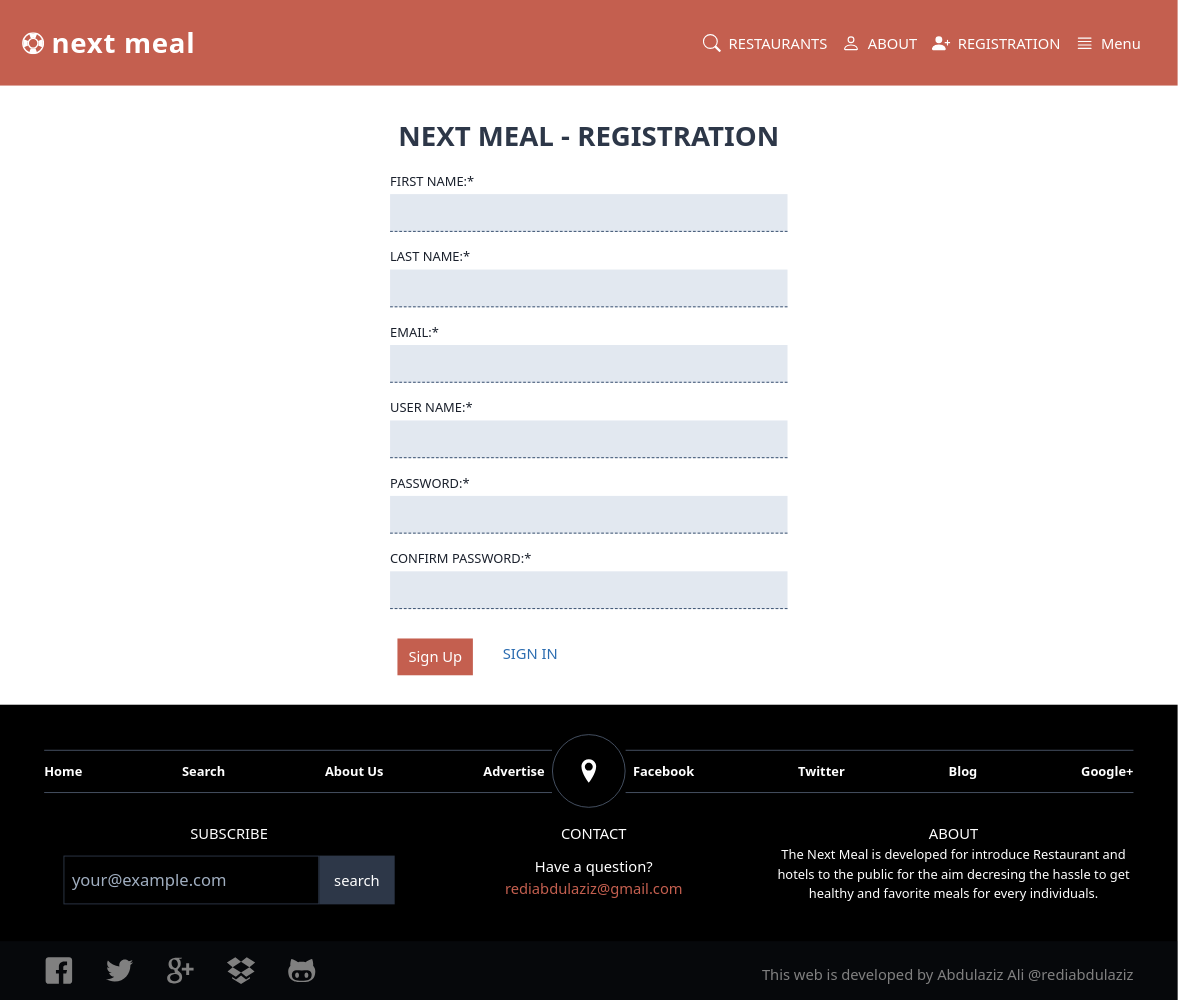
Repository: layzrd/nextmeal
Page: public/registration.html
The author's editor kept a copy of each file at every save. The page is drawn from the files as they stood at one save, then again after a run of saves.
The browser window is 1280 px wide. The pictures show the whole page, at 92% of full size.
Some web libraries are served in a nearby version.

Above is the page before, as saved 2020-06-26 18:36:16.

### public/registration.html
<!DOCTYPE html>
<html lang="en">

  <head>
    <meta charset="UTF-8">
    <meta name="viewport" content="width=device-width, initial-scale=1.0">
    <link href="https://cdnjs.cloudflare.com/ajax/libs/tailwindcss/1.4.6/tailwind.min.css" rel="stylesheet">
    <link rel="stylesheet" href="css/main.css">
    <title>Next Meal</title>
  </head>
  <body class="">
    <header class="bg-prime">
      <nav class="flex items-center justify-center md:justify-start lg:justify-between flex-wrap p-6">
        <div class="flex items-center flex-shrink-0 text-white mr-6">
          <svg class="h-6 w-6 mr-2" viewBox="0 0 16 16" fill="currentColor" xmlns="http://www.w3.org/2000/svg">
            <path fill-rule="evenodd" d="M8 15A7 7 0 1 0 8 1a7 7 0 0 0 0 14zm0 1A8 8 0 1 0 8 0a8 8 0 0 0 0 16z" />
            <path fill-rule="evenodd" d="M8 11a3 3 0 1 0 0-6 3 3 0 0 0 0 6zm0 1a4 4 0 1 0 0-8 4 4 0 0 0 0 8z" />
            <path
              d="M11.642 6.343L15 5v6l-3.358-1.343A3.99 3.99 0 0 0 12 8a3.99 3.99 0 0 0-.358-1.657zM9.657 4.358L11 1H5l1.343 3.358A3.985 3.985 0 0 1 8 4c.59 0 1.152.128 1.657.358zM4.358 6.343L1 5v6l3.358-1.343A3.985 3.985 0 0 1 4 8c0-.59.128-1.152.358-1.657zm1.985 5.299L5 15h6l-1.343-3.358A3.984 3.984 0 0 1 8 12a3.99 3.99 0 0 1-1.657-.358z" />
          </svg>
          <span class="font-semibold text-3xl lowercase tracking-wide">Next Meal</span>
        </div>

        <div
          class="w-full md:w-auto lg:ml-auto flex justify-center flex-grow lg:flex-grow-0 lg:flex md:items-center lg:w-auto">
          <div class="text-base text-white flex lg:flex-grow w-100 lg:w-auto justify-between px-1/6 lg:px-0">
            <a href="index.html" class="mt-4 md:mt-0 mr-4 text-white flex items-center">
              <svg class="rounded h-5 w-5" viewBox="0 0 16 16" fill="currentColor" xmlns="http://www.w3.org/2000/svg">
                <path fill-rule="evenodd"
                  d="M10.442 10.442a1 1 0 0 1 1.415 0l3.85 3.85a1 1 0 0 1-1.414 1.415l-3.85-3.85a1 1 0 0 1 0-1.415z" />
                <path fill-rule="evenodd"
                  d="M6.5 12a5.5 5.5 0 1 0 0-11 5.5 5.5 0 0 0 0 11zM13 6.5a6.5 6.5 0 1 1-13 0 6.5 6.5 0 0 1 13 0z" />
              </svg>
              <span class="ml-2 hidden lg:inline uppercase">Restaurants</span>
            </a>
            <a href="contact.html" class="mt-4 md:mt-0 mr-4 text-white flex items-center">
              <svg class="rounded h-5 w-5" viewBox="0 0 16 16" fill="currentColor" xmlns="http://www.w3.org/2000/svg">
                <path fill-rule="evenodd"
                  d="M13 14s1 0 1-1-1-4-6-4-6 3-6 4 1 1 1 1h10zm-9.995-.944v-.002.002zM3.022 13h9.956a.274.274 0 0 0 .014-.002l.008-.002c-.001-.246-.154-.986-.832-1.664C11.516 10.68 10.289 10 8 10c-2.29 0-3.516.68-4.168 1.332-.678.678-.83 1.418-.832 1.664a1.05 1.05 0 0 0 .022.004zm9.974.056v-.002.002zM8 7a2 2 0 1 0 0-4 2 2 0 0 0 0 4zm3-2a3 3 0 1 1-6 0 3 3 0 0 1 6 0z" />
              </svg>
              <span class="ml-2 hidden lg:inline uppercase">About</span>
            </a>
            <a href="registration.html" class="mt-4 md:mt-0 mr-4 text-white flex items-center">
              <svg class="rounded h-5 w-5" viewBox="0 0 16 16" fill="currentColor" xmlns="http://www.w3.org/2000/svg">
                <path fill-rule="evenodd"
                  d="M1 14s-1 0-1-1 1-4 6-4 6 3 6 4-1 1-1 1H1zm5-6a3 3 0 1 0 0-6 3 3 0 0 0 0 6zm7.5-3a.5.5 0 0 1 .5.5v2a.5.5 0 0 1-.5.5h-2a.5.5 0 0 1 0-1H13V5.5a.5.5 0 0 1 .5-.5z" />
                <path fill-rule="evenodd" d="M13 7.5a.5.5 0 0 1 .5-.5h2a.5.5 0 0 1 0 1H14v1.5a.5.5 0 0 1-1 0v-2z" />
              </svg>
              <span class="ml-2 hidden lg:inline uppercase">Registration</span>
            </a>
            <a href="index.html" class="mt-4 md:mt-0 mr-4 text-white flex items-center">
              <svg class="rounded h-5 w-5" viewBox="0 0 16 16" fill="currentColor" xmlns="http://www.w3.org/2000/svg">
                <path fill-rule="evenodd"
                  d="M2 12.5a.5.5 0 0 1 .5-.5h11a.5.5 0 0 1 0 1h-11a.5.5 0 0 1-.5-.5zm0-3a.5.5 0 0 1 .5-.5h11a.5.5 0 0 1 0 1h-11a.5.5 0 0 1-.5-.5zm0-3a.5.5 0 0 1 .5-.5h11a.5.5 0 0 1 0 1h-11a.5.5 0 0 1-.5-.5zm0-3a.5.5 0 0 1 .5-.5h11a.5.5 0 0 1 0 1h-11a.5.5 0 0 1-.5-.5z" />
              </svg>
              <span class="ml-2 hidden lg:inline">Menu</span>
            </a>
          </div>
        </div>
      </nav>
    </header>

    <main class="flex items-center flex-col justify-center py-8">
      <header class="px-2 flex-full-row w-100">
        <h1 class="text-xl lg:text-3xl text-center text-gray-800 font-bold uppercase">Next Meal - Registration</h1>
      </header>
      <form action="#" class="flex flex-wrap justify-center flex-col max-w-md w-100">
        <fieldset class="mt-4 border-none mx-2 flex-full-row md:flex-auto">
          <label class="text-gray-900 text-sm mb-1 block uppercase" for="first-name">First name:*</label>
          <input type="text" id="first-name" class="py-2 px-2 bg-gray-300 w-100 border-b border-blue-900 border-dashed">
        </fieldset>

        <fieldset class="mt-4 border-none mx-2 flex-full-row md:flex-auto">
          <label class="text-gray-900 text-sm mb-1 block uppercase" for="last-name">Last name:*</label>
          <input type="text" id="last-name" class="py-2 px-2 bg-gray-300 w-100 border-b border-blue-900 border-dashed">
        </fieldset>


        <fieldset class="mt-4 border-none mx-2 flex-full-row md:flex-auto">
          <label class="text-gray-900 text-sm mb-1 block uppercase" for="email">Email:*</label>
          <input type="email" id="email" class="py-2 px-2 bg-gray-300 w-100 border-b border-blue-900 border-dashed">
        </fieldset>
        <fieldset class="mt-4 border-none mx-2 flex-full-row md:flex-auto">
          <label class="text-gray-900 text-sm mb-1 block uppercase" for="username">user name:*</label>
          <input type="text" id="username" class="py-2 px-2 bg-gray-300 w-100 border-b border-blue-900 border-dashed">
        </fieldset>
        <fieldset class="mt-4 border-none mx-2 flex-full-row md:flex-auto">
          <label class="text-gray-900 text-sm mb-1 block uppercase" for="pwd">password:*</label>
          <input type="password" id="pwd" class="py-2 px-2 bg-gray-300 w-100 border-b border-blue-900 border-dashed">
        </fieldset>
        <fieldset class="mt-4 border-none mx-2 flex-full-row md:flex-auto">
          <label class="text-gray-900 text-sm mb-1 block uppercase" for="conf-pwd">confirm password:*</label>
          <input type="password" id="conf-pwd"
            class="py-2 px-2 bg-gray-300 w-100 border-b border-blue-900 border-dashed">
        </fieldset>

        <div class="mt-4 border-none mx-2 flex-full-row md:flex-auto flex items-end">
          <button type="submit" class="bg-prime mx-2 px-3 mt-2 text-white capitalize py-2">
            Sign up
          </button>

          <button type="button" class="bg-white mt-2 px-4 mx-2 text-blue-700 uppercase py-3">
            Sign in
          </button>
        </div>

      </form>

    </main>

  <footer class="bg-black pt-8">
    <nav class="px-12 flex w-100 items-center">
      <div
        class="py-3 text-sm w-100 border-t border-b border-gray-700 items-center flex flex-col md:flex-row justify-between">
        <a href="#" class="text-white font-bold">
          Home
        </a>
        <a href="#" class="text-white font-bold">
          Search
        </a>
        <a href="#" class="text-white font-bold">
          About Us
        </a>
        <a href="#" class="text-white font-bold pr-2">
          Advertise
        </a>
      </div>
      <a href="#" class="block">
        <div class="h-20 w-20 border-gray-700 border rounded-full justify-center inline-flex items-center px-3 py-2">
          <svg class="" xmlns="http://www.w3.org/2000/svg" x="0px" y="0px" viewBox="0 0 20 20" width="2em" height="2em">
            <path fill="#FFFFFF" d="M10,2.009c-2.762,0-5,2.229-5,4.99c0,4.774,5,11,5,11s5-6.227,5-11C15,4.239,12.762,2.009,10,2.009z
        	 M10,9.76c-1.492,0-2.7-1.209-2.7-2.7s1.208-2.7,2.7-2.7c1.49,0,2.699,1.209,2.699,2.7S11.49,9.76,10,9.76z" />
          </svg>
        </div>
      </a>
      <div
        class="py-3 text-sm w-100 border-t border-b border-gray-700 items-center flex justify-between flex-col md:flex-row">
        <a href="#" class="text-white font-bold pl-2">
          Facebook
        </a>
        <a href="#" class="text-white font-bold">
          Twitter
        </a>
        <a href="#" class="text-white font-bold">
          Blog
        </a>
        <a href="#" class="text-white font-bold">
          Google+
        </a>
      </div>
    </nav>

    <div class="hidden md:flex pt-4 px-12 flex flex-row flex-no-wrap w-100">
      <div class="flex flex-col w-100 md:px-2 items-center max-w-full">
        <h5 class="text-white uppercase mb-3">Subscribe</h5>
        <form action="#" class="flex">
          <input type="text" placeholder="your@example.com"
            class="py-3 text-base md:text-xs lg:text-lg md:w-1/2 lg:w-100 px-2 bg-transparent border border-gray-800 flex-grow">
          <button type="submit" class="bg-gray-800 px-4 py-3 text-white lowercase">
            Search
          </button>
        </form>
      </div>
      <div class="flex flex-col items-center w-100">
        <h5 class="text-white uppercase mb-3">Contact</h5>

        <p class="font-light text-white text-center">
          Have a question?
          <a class="block text-prime font-normal" href="mailto:rediabdulaziz@gmail.com">
            rediabdulaziz@gmail.com
          </a>
        </p>
      </div>
      <div class="flex flex-col items-center w-100">
        <h5 class="text-white uppercase">About</h5>
        <p class="font-light text-center text-white text-sm">
          The Next Meal is developed for introduce Restaurant and hotels to the public for the aim decresing the
          hassle to get healthy and favorite meals for every individuals.
        </p>
      </div>
    </div>

    <div class=" py-4 px-12 md:flex justify-between mt-10 opacity-50 bg-opacity-50 bg-gray-900">
      <div class="scoial lg:w-1/4 md:w-1/2">
        <ul class="flex justify-between w-100">
          <li>
            <a href="#">
              <svg xmlns="http://www.w3.org/2000/svg" width="2em" height="2em" x="0px" y="0px" viewBox="0 0 20 20">
                <path fill="#FFFFFF"
                  d="M17,1H3C1.9,1,1,1.9,1,3v14c0,1.101,0.9,2,2,2h7v-7H8V9.525h2v-2.05c0-2.164,1.212-3.684,3.766-3.684
  	l1.803,0.002v2.605h-1.197C13.378,6.398,13,7.144,13,7.836v1.69h2.568L15,12h-2v7h4c1.1,0,2-0.899,2-2V3C19,1.9,18.1,1,17,1z" />
              </svg>
            </a>
          </li>
          <li>
            <a href="#">
              <svg xmlns="http://www.w3.org/2000/svg" width="2em" height="2em" x="0px" y="0px" viewBox="0 0 20 20">
                <path fill="#FFFFFF" d="M17.316,6.246c0.008,0.162,0.011,0.326,0.011,0.488c0,4.99-3.797,10.742-10.74,10.742
  	c-2.133,0-4.116-0.625-5.787-1.697c0.296,0.035,0.596,0.053,0.9,0.053c1.77,0,3.397-0.604,4.688-1.615
  	c-1.651-0.031-3.046-1.121-3.526-2.621c0.23,0.043,0.467,0.066,0.71,0.066c0.345,0,0.679-0.045,0.995-0.131
  	C2.84,11.183,1.539,9.658,1.539,7.828c0-0.016,0-0.031,0-0.047c0.509,0.283,1.092,0.453,1.71,0.473
  	c-1.013-0.678-1.68-1.832-1.68-3.143c0-0.691,0.186-1.34,0.512-1.898C3.942,5.498,6.725,7,9.862,7.158
  	C9.798,6.881,9.765,6.594,9.765,6.297c0-2.084,1.689-3.773,3.774-3.773c1.086,0,2.067,0.457,2.756,1.191
  	c0.859-0.17,1.667-0.484,2.397-0.916c-0.282,0.881-0.881,1.621-1.66,2.088c0.764-0.092,1.49-0.293,2.168-0.594
  	C18.694,5.051,18.054,5.715,17.316,6.246z" />
              </svg>

            </a>
          </li>
          <li>
            <a href="#">
              <svg xmlns="http://www.w3.org/2000/svg" width="2em" height="2em" x="0px" y="0px" viewBox="0 0 20 20">
                <path fill="#FFFFFF" d="M1.989,5.589c0,1.494,0.499,2.572,1.482,3.205c0.806,0.52,1.74,0.598,2.226,0.598
  	c0.118,0,0.213-0.006,0.279-0.01c0,0-0.154,1.004,0.59,1.996H6.532c-1.289,0-5.493,0.269-5.493,3.727
  	c0,3.516,3.861,3.695,4.636,3.695c0.061,0,0.097-0.002,0.097-0.002c0.008,0,0.063,0.002,0.158,0.002
  	c0.497,0,1.782-0.062,2.975-0.643c1.548-0.75,2.333-2.059,2.333-3.885c0-1.764-1.196-2.814-2.069-3.582
  	c-0.533-0.469-0.994-0.873-0.994-1.266c0-0.4,0.337-0.701,0.762-1.082c0.689-0.615,1.339-1.492,1.339-3.15
  	c0-1.457-0.189-2.436-1.354-3.057c0.121-0.062,0.551-0.107,0.763-0.137c0.631-0.086,1.554-0.184,1.554-0.699V1.2H6.64
  	C6.594,1.202,1.989,1.372,1.989,5.589z M9.413,14.602c0.088,1.406-1.115,2.443-2.922,2.574c-1.835,0.135-3.345-0.691-3.433-2.096
  	c-0.043-0.676,0.254-1.336,0.835-1.863c0.589-0.533,1.398-0.863,2.278-0.928c0.104-0.006,0.207-0.012,0.31-0.012
  	C8.18,12.278,9.33,13.276,9.413,14.602z M8.212,4.626c0.451,1.588-0.23,3.246-1.316,3.553C6.771,8.214,6.643,8.231,6.512,8.231
  	c-0.994,0-1.979-1.006-2.345-2.393C3.963,5.062,3.98,4.38,4.214,3.726c0.229-0.645,0.643-1.078,1.163-1.225
  	c0.125-0.035,0.254-0.053,0.385-0.053C6.962,2.448,7.734,2.946,8.212,4.626z M16,8V5h-2v3h-3v2h3v3h2v-3h3V8H16z" />
              </svg>
            </a>
          </li>
          <li>
            <a href="#">
              <svg xmlns="http://www.w3.org/2000/svg" width="2em" height="2em" x="0px" y="0px" viewBox="0 0 20 20">
                <path fill="#FFFFFF" d="M6.109,0.902L0.4,4.457l3.911,3.279L10,4.043L6.109,0.902z M13.452,15.992c-0.102,0-0.203-0.033-0.285-0.102
  	L10,13.262l-3.167,2.629c-0.082,0.068-0.184,0.102-0.285,0.102c-0.085,0-0.17-0.023-0.244-0.072l-2.346-1.533v0.904L10,19.098
  	l6.042-3.807v-0.904l-2.346,1.533C13.622,15.969,13.537,15.992,13.452,15.992z M19.6,4.457l-5.71-3.555L10,4.043l5.688,3.693
  	L19.6,4.457z M10,11.291l3.528,2.928l5.641-3.688l-3.481-2.795L10,11.291z M6.472,14.219L10,11.291L4.311,7.736l-3.48,2.795
  	L6.472,14.219z" />
              </svg>
            </a>
          </li>
          <li>
            <a href="#">
              <svg xmlns="http://www.w3.org/2000/svg" width="2em" height="2em" x="0px" y="0px" viewBox="0 0 20 20">
                <path fill="#FFFFFF"
                  d="M13.18,11.309c-0.718,0-1.3,0.807-1.3,1.799c0,0.994,0.582,1.801,1.3,1.801s1.3-0.807,1.3-1.801
                  	C14.479,12.116,13.898,11.309,13.18,11.309z M17.706,6.626c0.149-0.365,0.155-2.439-0.635-4.426c0,0-1.811,0.199-4.551,2.08
                  	c-0.575-0.16-1.548-0.238-2.519-0.238c-0.973,0-1.945,0.078-2.52,0.238C4.74,2.399,2.929,2.2,2.929,2.2
                  	C2.14,4.187,2.148,6.261,2.295,6.626C1.367,7.634,0.8,8.845,0.8,10.497c0,7.186,5.963,7.301,7.467,7.301
                  	c0.342,0,1.018,0.002,1.734,0.002c0.715,0,1.392-0.002,1.732-0.002c1.506,0,7.467-0.115,7.467-7.301
                  	C19.2,8.845,18.634,7.634,17.706,6.626z M10.028,16.915H9.972c-3.771,0-6.709-0.449-6.709-4.115c0-0.879,0.31-1.693,1.047-2.369
                  	C5.537,9.304,7.615,9.9,9.972,9.9c0.01,0,0.02,0,0.029,0c0.01,0,0.018,0,0.027,0c2.357,0,4.436-0.596,5.664,0.531
                  	c0.735,0.676,1.045,1.49,1.045,2.369C16.737,16.466,13.8,16.915,10.028,16.915z M6.821,11.309c-0.718,0-1.3,0.807-1.3,1.799
                  	c0,0.994,0.582,1.801,1.3,1.801c0.719,0,1.301-0.807,1.301-1.801C8.122,12.116,7.54,11.309,6.821,11.309z" />
              </svg>
            </a>
          </li>
        </ul>
      </div>
      <p class="text-white text-right mt-3 md:mt-auto">
        This web is developed by <a href="https://twitter.com/rediabdulaziz">Abdulaziz Ali @rediabdulaziz</a>
      </p>
    </div>
  </footer>
  </body>

</html>

### public/css/main.css
:root {
  --opacity: 1;
}

.bg-image {
  background-image: url('../img/bg_main-min.jpg');
}

.bg-fork {
  background-image: url('http://127.0.0.1:5500/public/img/spoon_fork.svg');
}

.bg-center {
  background-position: center center;
  fill: #fa8b79;
}

.flex-full-row {
  flex: 0 1 100%;
}

.h-screen-85 {
  height: 85vh;
}

.grid-rows-ad-layout {
  grid-template-rows: minmax(3em, 5em) repeat(2, 1fr);
}

.bg-prime {
  background-color: #c45f4f;
  background-color: rgba(196, 95, 79, var(--opacity));
}

.text-prime {
  color: #c45f4f;
  color: rgba(196, 95, 79, var(--opacity));
}

.bg-grayish {
  background-color: #97a1a2;
  background-color: rgba(151, 161, 162, var(--opacity));
}

.bg-light-gray {
  background-color: #ebebeb;
  background-color: rgba(235, 235, 235, var(--opacity));
}

.bg-bluish {
  background-color: #5f9cd2;
  background-color: rgba(95, 156, 210, var(--opacity));
}

.w-100 {
  width: 100%;
}

.px-1\/6 {
  padding-left: 16.666667%;
  padding-right: 16.666667%;
}

@media (min-width: 768px) {
  .md\:px-1\/6 {
    padding-left: 16.666667%;
    padding-right: 16.666667%;
  }

  .md\:px-1\/12 {
    padding-left: 8.333333%;
    padding-right: 8.333333%;
  }

  .md\:h-screen-40 {
    height: 40vh;
  }

  .md\:h-screen-60 {
    height: 60vh;
  }

  .md\:px-0 {
    padding-left: 0;
    padding-right: 0;
  }

  .md\:w-auto {
    width: auto;
  }

  .md\:flex-auto {
    flex: 1 1 auto;
  }
}

@media (min-width: 1024px) {
  .lg\:px-0 {
    padding-right: 0;
    padding-left: 0;
  }
}

After the next 2 saves:
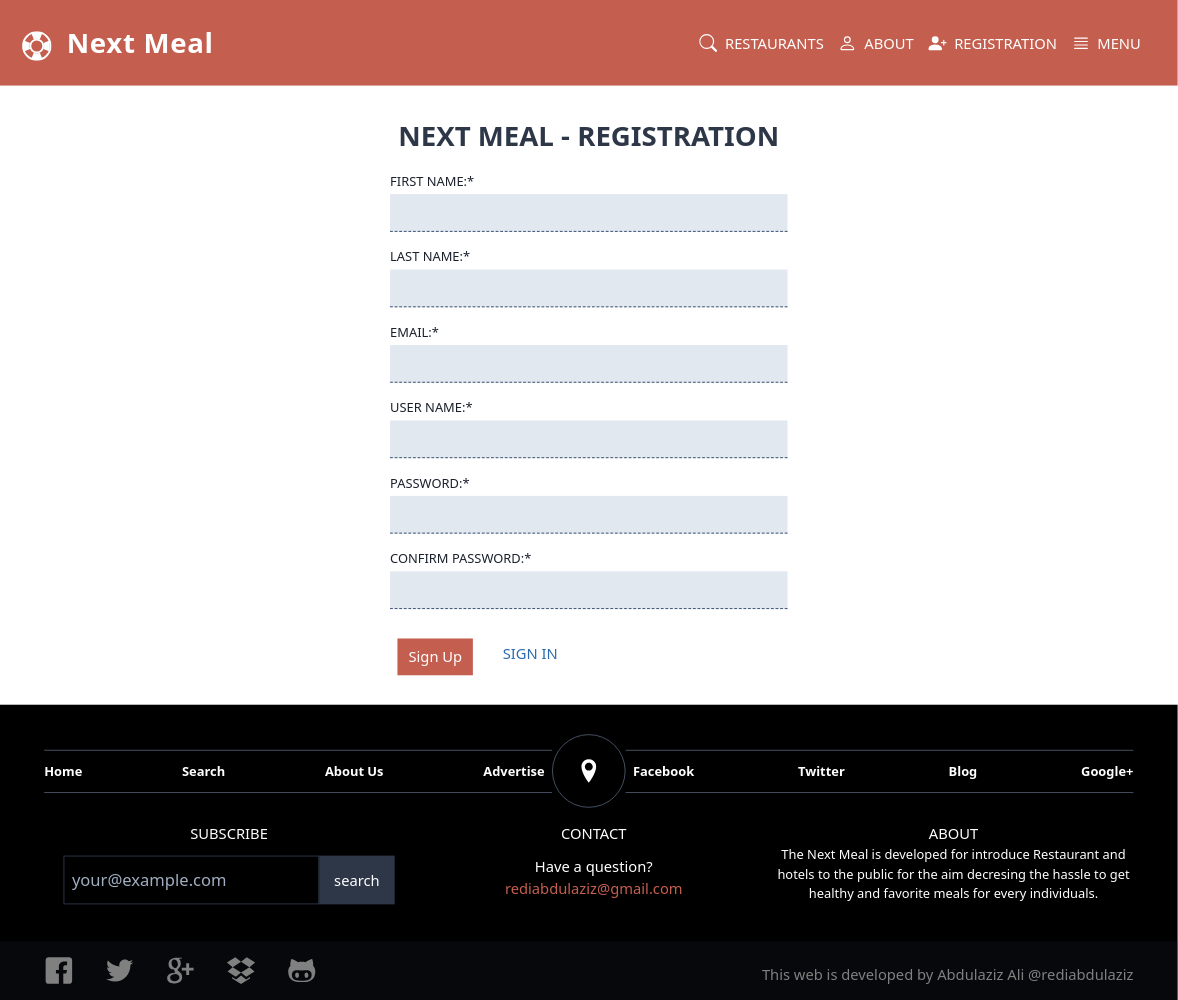
The 2 saves are shown as one change because they came seconds apart.
The last was saved 8 min 16 s later.
--- a/public/registration.html
+++ b/public/registration.html
@@ -12,13 +12,15 @@
     <header class="bg-prime">
       <nav class="flex items-center justify-center md:justify-start lg:justify-between flex-wrap p-6">
         <div class="flex items-center flex-shrink-0 text-white mr-6">
-          <svg class="h-6 w-6 mr-2" viewBox="0 0 16 16" fill="currentColor" xmlns="http://www.w3.org/2000/svg">
-            <path fill-rule="evenodd" d="M8 15A7 7 0 1 0 8 1a7 7 0 0 0 0 14zm0 1A8 8 0 1 0 8 0a8 8 0 0 0 0 16z" />
-            <path fill-rule="evenodd" d="M8 11a3 3 0 1 0 0-6 3 3 0 0 0 0 6zm0 1a4 4 0 1 0 0-8 4 4 0 0 0 0 8z" />
-            <path
-              d="M11.642 6.343L15 5v6l-3.358-1.343A3.99 3.99 0 0 0 12 8a3.99 3.99 0 0 0-.358-1.657zM9.657 4.358L11 1H5l1.343 3.358A3.985 3.985 0 0 1 8 4c.59 0 1.152.128 1.657.358zM4.358 6.343L1 5v6l3.358-1.343A3.985 3.985 0 0 1 4 8c0-.59.128-1.152.358-1.657zm1.985 5.299L5 15h6l-1.343-3.358A3.984 3.984 0 0 1 8 12a3.99 3.99 0 0 1-1.657-.358z" />
-          </svg>
-          <span class="font-semibold text-3xl lowercase tracking-wide">Next Meal</span>
+          <a href="index.html" class="font-semibold text-3xl capitalize tracking-wide">
+            <svg class="h-8 w-8 mr-2 inline-block" viewBox="0 0 16 16" fill="currentColor"
+              xmlns="http://www.w3.org/2000/svg">
+              <path fill-rule="evenodd" d="M8 15A7 7 0 1 0 8 1a7 7 0 0 0 0 14zm0 1A8 8 0 1 0 8 0a8 8 0 0 0 0 16z" />
+              <path fill-rule="evenodd" d="M8 11a3 3 0 1 0 0-6 3 3 0 0 0 0 6zm0 1a4 4 0 1 0 0-8 4 4 0 0 0 0 8z" />
+              <path
+                d="M11.642 6.343L15 5v6l-3.358-1.343A3.99 3.99 0 0 0 12 8a3.99 3.99 0 0 0-.358-1.657zM9.657 4.358L11 1H5l1.343 3.358A3.985 3.985 0 0 1 8 4c.59 0 1.152.128 1.657.358zM4.358 6.343L1 5v6l3.358-1.343A3.985 3.985 0 0 1 4 8c0-.59.128-1.152.358-1.657zm1.985 5.299L5 15h6l-1.343-3.358A3.984 3.984 0 0 1 8 12a3.99 3.99 0 0 1-1.657-.358z" />
+            </svg>
+            Next Meal</a>
         </div>
 
         <div
@@ -53,7 +55,7 @@
                 <path fill-rule="evenodd"
                   d="M2 12.5a.5.5 0 0 1 .5-.5h11a.5.5 0 0 1 0 1h-11a.5.5 0 0 1-.5-.5zm0-3a.5.5 0 0 1 .5-.5h11a.5.5 0 0 1 0 1h-11a.5.5 0 0 1-.5-.5zm0-3a.5.5 0 0 1 .5-.5h11a.5.5 0 0 1 0 1h-11a.5.5 0 0 1-.5-.5zm0-3a.5.5 0 0 1 .5-.5h11a.5.5 0 0 1 0 1h-11a.5.5 0 0 1-.5-.5z" />
               </svg>
-              <span class="ml-2 hidden lg:inline">Menu</span>
+              <span class="ml-2 hidden lg:inline uppercase">Menu</span>
             </a>
           </div>
         </div>
